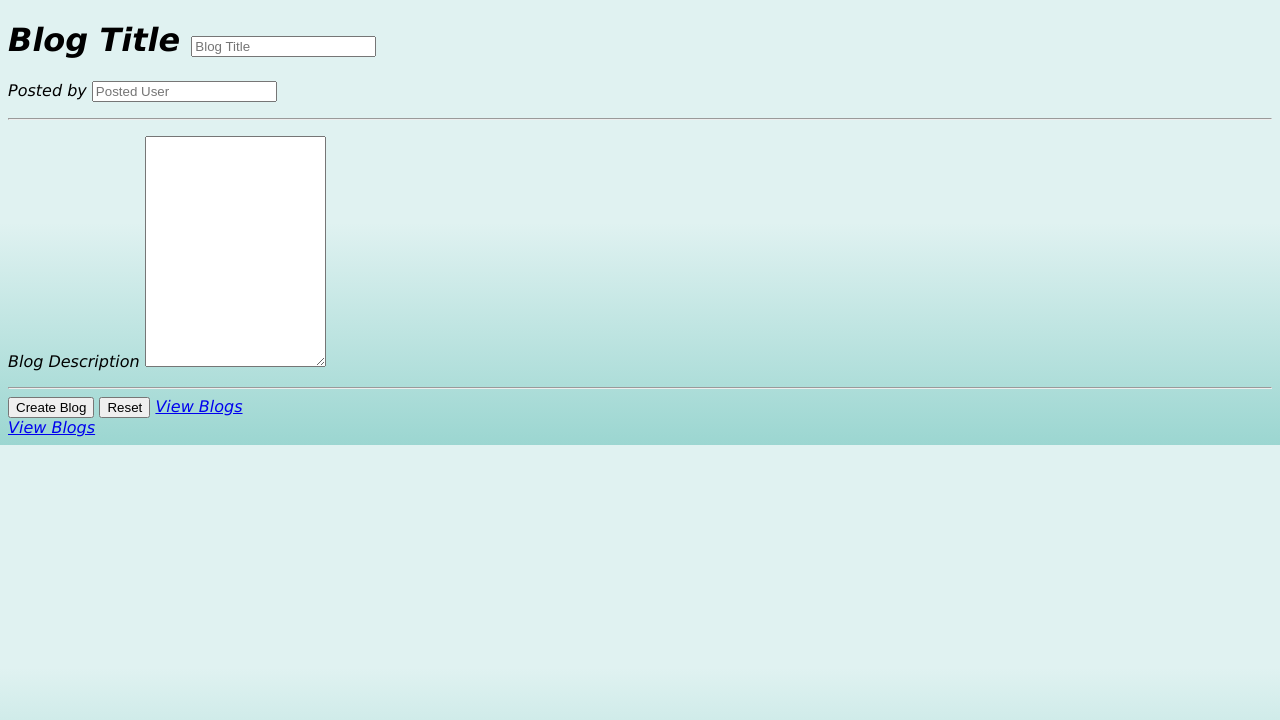
Repository: Indurupi/FriendZone
Page: FriendZoneFrontEnd/WebContent/createblog.html
The author's editor kept a copy of each file at every save. The page is drawn from the files as they stood at one save, then again after the next save.
The browser window is 1280 px wide. The pictures show the whole page.

Above is the page before, as saved 2017-03-20 18:30:12.

### FriendZoneFrontEnd/WebContent/createblog.html
<!DOCTYPE html>
<html lang="en">
<meta charset="ISO-8859-1">
<head>

<meta charset="utf-8">
<meta http-equiv="X-UA-Compatible" content="IE=edge">
<meta name="viewport" content="width=device-width, initial-scale=1">
<meta name="description" content="">
<meta name="author" content="">
<title>FriendZone</title>

<!-- HTML5 Shim and Respond.js IE8 support of HTML5 elements and media queries -->
<!-- WARNING: Respond.js doesn't work if you view the page via file:// -->
<!--[if lt IE 9]>
        <script src="https://oss.maxcdn.com/libs/html5shiv/3.7.0/html5shiv.js"></script>
        <script src="https://oss.maxcdn.com/libs/respond.js/1.4.2/respond.min.js"></script>
        <![endif]-->
<style type="text/css">
body {
	background: linear-gradient(to bottom, #e0f2f1 50%, #80cbc4 120%);
	font-family: Verdana, san-serif;
	font-style: italic;
}
</style>

</head>

<body ng-app="friendzoneApp">
	<div ng-controller="blogcontrol as bc">
		<div class="container">
			<div class="row">
				<div class="col-lg-8">
					<form ng-submit="bc.submitblog()" method="post">

						<!-- Blog Post -->

						<!-- Title -->
						<h1>
							<div class="form-group">
								<label>Blog Title</label> <input type="text"
									class="form-control" placeholder="Blog Title"
									ng-model="bc.blog.blogTitle" required="required">
							</div>
						</h1>

						<!-- Author -->
						<div class="form-group">
							<p class="lead">
								Posted by <input type="text" class="form-control"
									placeholder="Posted User" ng-model="bc.blog.postedUser"
									required="required">
							</p>
						</div>


						<hr>
						<div class="form-group">
							<p class="lead ">
								Blog Description
								<textarea class="form-control" rows="15"
									ng-model="bc.blog.blogDescription" required="required"></textarea>
							</p>
						</div>
						<hr>
						<button class="btn" id="custom-button" type="submit">Create
							Blog</button>
						<button class="btn" id="custom-button" ng-click="bc.reset()"
							type="reset">Reset</button>
						<a class="btn" id="custom-button" href="#viewallblogs">View
						Blogs</a>
					</form>
					<a class="btn" id="custom-button" href="#viewallblogs">View
						Blogs</a>
				</div>
			</div>
		</div>
		<!-- <div ng-repeat="blogobj in bc.blogs">
			userid:{{blogobj.userId}}<br> posteddate:{{blogobj.postedDate}}<br>
			blogid:{{blogobj.blogid}}<br> posteduser:{{blogobj.postedUser}}<br>
			blogtitle:{{blogobj.blogTitle}}<br>
			blogdescription:{{blogobj.blogDescription}}<br><br>
			<br>
		</div> -->
	</div>
</body>
</html>

After the next save:
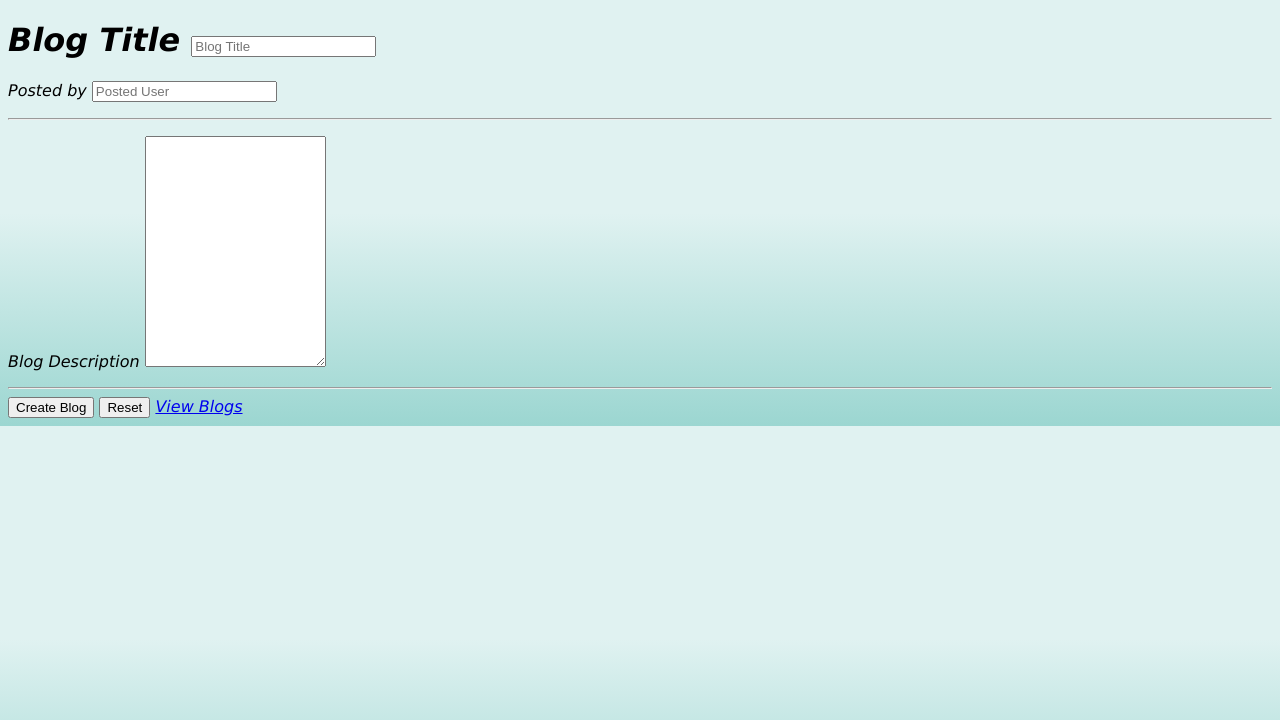
Saved 18 s later.
--- a/FriendZoneFrontEnd/WebContent/createblog.html
+++ b/FriendZoneFrontEnd/WebContent/createblog.html
@@ -70,8 +70,7 @@ body {
 						<a class="btn" id="custom-button" href="#viewallblogs">View
 						Blogs</a>
 					</form>
-					<a class="btn" id="custom-button" href="#viewallblogs">View
-						Blogs</a>
+
 				</div>
 			</div>
 		</div>
